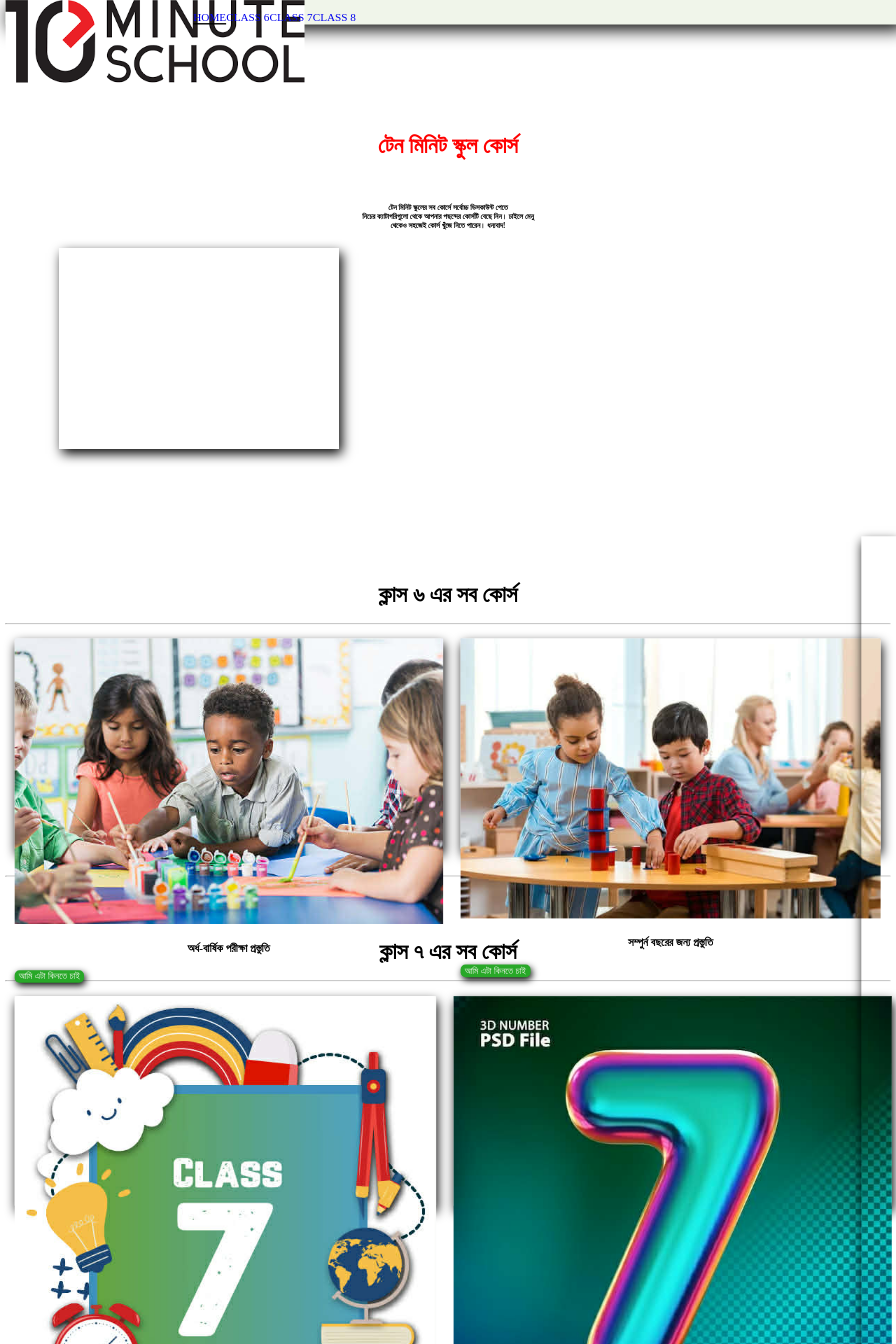
Repository: ridhukhan/10MinuteCourse
Page: /
The author's editor kept a copy of each file at every save. The page is drawn from the files as they stood at one save, then again after the next save.
The browser window is 1280 px wide. The pictures show the part of the page from y = 0 to 1920 px (the page is 2830 px tall), at 70% of full size.
The project was rebuilt for these pictures with package versions that can differ from the ones it lists, and the page was loaded fresh each time. Also part of the build but not shown: vite.config.js, src/pages/Class6.jsx, src/pages/Class7.jsx, src/pages/Class8.jsx.

Above is the page before, as saved 2025-12-15 09:40:00.

### index.html
<!doctype html>
<html lang="en">
  <head>
    <meta charset="UTF-8" />
    <link rel="icon" type="image/svg+xml" href="/vite.svg" />
    <meta name="viewport" content="width=device-width, initial-scale=1.0" />
    <title>10minuteschool</title>
  </head>
  <body>
    <div id="root"></div>
    <script type="module" src="/src/main.jsx"></script>
  </body>
</html>

### src/index.css
@media screen and (max-width: 500px){
  *{
    width: 100%;
    padding: 0;
    margin: 0;
  }
}

### src/App.jsx
import { BrowserRouter ,Routes, Route } from "react-router-dom"
import Navber from "./Nav/Navber"
import Home from "./pages/Home"
import Class6 from "./pages/Class6"
import Class7 from "./pages/Class7"
import Class8 from "./pages/Class8"
import Call from "./Nav/Call"



function App() {

  return (
<div>

<BrowserRouter>
<Navber/>
<Call/>
<Routes>

<Route path="/" element={<Home/>}/>
<Route path="/Class6" element={<Class6/>}/>
<Route path="/Class7" element={<Class7/>}/>
<Route path="/Class8" element={<Class8/>}/>








</Routes>





</BrowserRouter>






</div>
  )
}

export default App

### src/Nav/Navber.jsx
import React from 'react'
import "./Navbar.css"
import { Link, NavLink } from 'react-router-dom'
import mainLogo from "../assets/mainlogo.png"
const Navber = () => {
  return (
    <div className='navBar'>

<div className='navlogo'>
<img src={mainLogo} alt="logo"/>
</div>
<ul>
    <li><NavLink to="/" className="nav-menu">HOME</NavLink></li>

    <li><NavLink to="/Class6" className="nav-menu">CLASS 6</NavLink></li>
    <li><NavLink to="/Class7" className="nav-menu">CLASS 7</NavLink></li>
    <li><NavLink to="/Class8" className="nav-menu">CLASS 8</NavLink></li>

</ul>
</div>
  )
}

export default Navber

### src/pages/Home.jsx
import React from 'react'
import Class6c from '../Component/Class6c'
import Class7c from "../Component/Class7c"
import Class8c from '../Component/Class8c'
import "./Home.css"
const Home = () => {
  return (
    <div>

 <h1 style={{justifyContent:"center", textAlign:"center" ,marginTop:"15%", color:"red"}}>টেন মিনিট স্কুল কোর্স</h1>

 <h6 style={{justifyContent:"center", textAlign:"center" ,marginTop:"5%",color:"black"}}>টেন মিনিট স্কুলের সব কোর্সে সর্বোচ্চ ডিসকাউন্ট পেতে<br /> নিচের ক্যাটাগরিগুলো থেকে আপনার পছন্দের কোর্সটি বেছে নিন। চাইলে মেনু<br /> থেকেও সহজেই কোর্স খুঁজে নিতে পারেন। ধন্যবাদ!</h6>
       <div  className='hero1'>

       </div>
 <h1 style={{justifyContent:"center", textAlign:"center" ,marginTop:"15%"}}>ক্লাস ৬ এর সব কোর্স</h1>
    <hr />
    <Class6c/>
    <hr style={{marginTop:"5%"}}/>
        <h1 style={{justifyContent:"center", textAlign:"center" ,marginTop:"7%"}}>ক্লাস ৭ এর সব কোর্স</h1>
<hr />

<Class7c/>
<hr style={{marginTop:"18%"}}/>
        <h1 style={{justifyContent:"center", textAlign:"center" ,marginTop:"7%"}}>ক্লাস ৮ এর সব কোর্স </h1>
<hr />
<Class8c/>
    </div>
  )
}

export default Home

### src/Nav/Call.jsx
import React from 'react'
import whatsapp from "../assets/WhatsApp.svg.webp"
import phone from "../assets/phone.jpg"
import './Call.css'
const Call = () => {
  return (
    <div className='callmain'>
<div className='callwh' onClick={()=>window.open("https://wa.me/8801836974525","_blank")}>
    <img src={whatsapp} alt="whatsapp" />
</div>
<div className='callph' onClick={()=>window.location.href="tel:+8801836974525"}>
    <img src={phone} alt="call" />
</div>

    </div>
  )
}

export default Call

### src/Nav/Navbar.css
.navBar{
width: 100%;
display: flex;
z-index: 1000;
position: fixed;
top: 0;
background-color: rgb(240, 245, 234);
height: 35px;
box-shadow: 4px 7px 25px;
}
.navBar .navlogo{
    width: 100px;
    height: 100px;
}
.navBar ul{
    display: flex;
    margin-left: 10%;
}
.navBar ul li{
    list-style: none;

}
.nav-menu.active{
border-bottom: 2px solid black;
}
li a{
text-decoration: none;
}

### src/Component/Class6c.jsx
import React from 'react'
import "./Class6c.css"
import class61 from '../assets/class61.jpeg'
import class62 from '../assets/class62.jpeg'
const Class6c = () => {
  return (
    <div className='class6main'>
<div className='class61i'>
  <div>
    <img src={class61} alt="class61" />
   </div>
  <div className='class61t'>
    <h4>অর্ধ-বার্ষিক পরীক্ষা প্রস্তুতি</h4>
<button onClick={()=>window.open("https://10minuteschool.com/product/class-6-online-batch-2026/?aff=V2UNK0000f0bb&promo=ob26opp","_blank","noopener,noreferrer")}>আমি এটা কিনতে চাই</button>


  </div>
</div>

<div className='class62i'>
<div>
<img src={class62} alt="class62" />
</div>

<div className='class61t'>
<h4>সম্পুর্ন বছরের জন্য  প্রস্তুতি</h4>
<button onClick={()=>window.open("https://10minuteschool.com/product/class-6-online-batch-2026/?aff=V2UNK0000f0bb&promo=oppbpp26","_blank","noopener,noreferrer")}>আমি এটা কিনতে চাই</button>
</div>
</div>



    </div>
  )
}

export default Class6c

### src/Component/Class7c.jsx
import React from 'react'
import "./Class7c.css"
import class71 from '../assets/class71.jpeg'
import class72 from "../assets/class72.jpeg"
const Class7c = () => {
  return (
    <div className='class7main'>
<div className='class71i'>
  <div>
    <img src={class71} alt="class71" />
   </div>
  <div className='class71t'>
    <h4>অর্ধ-বার্ষিক পরীক্ষা প্রস্তুতি</h4>
<button onClick={()=>window.open("https://10minuteschool.com/product/class-7-online-batch-2026/?aff=V2UNK0000f0bb&promo=ob26opp","_blank","noopener,noreferrer")}>আমি এটা কিনতে চাই</button>

  </div>
</div>

<div className='class72i'>
<div>
<img src={class72} alt="class72" />
</div>

<div className='class71t'>
<h4>সম্পুর্ন বছরের জন্য  প্রস্তুতি</h4>
<button onClick={()=>window.open("https://10minuteschool.com/product/class-7-online-batch-2026/?aff=V2UNK0000f0bb&promo=oppbpp26","_blank","noopener,noreferrer")}>আমি এটা কিনতে চাই</button>
</div>
</div>



    </div>
  )
}

export default Class7c

### src/Component/Class8c.jsx
import React from 'react'
import "./Class8c.css"
import class81 from '../assets/class81.jpeg'
import class82 from "../assets/class82.jpeg"
const Class8c = () => {
  return (
    <div className='class8main'>
<div className='class81i'>
  <div>
    <img src={class81} alt="class81" />
   </div>
  <div className='class81t'>
    <h4>অর্ধ-বার্ষিক পরীক্ষা প্রস্তুতি</h4>
<button onClick={()=>window.open("https://10minuteschool.com/product/class-8-online-batch-2026/?aff=V2UNK0000f0bb&promo=ob26opp","_blank","noopener,noreferrer")}>আমি এটা কিনতে চাই</button>

  </div>
</div>

<div className='class82i'>
<div>
<img src={class82} alt="class82" />
</div>

<div className='class81t'>
<h4>সম্পুর্ন বছরের জন্য  প্রস্তুতি</h4>
<button onClick={()=>window.open("https://10minuteschool.com/product/class-8-online-batch-2026/?aff=V2UNK0000f0bb&promo=oppbpp26","_blank","noopener,noreferrer")}>আমি এটা কিনতে চাই</button>
</div>
</div>



    </div>
  )
}

export default Class8c

### src/pages/Home.css
.hero1{

width: 400px;
margin-left: 6%;
    height: 40vh;
    box-shadow: 4px 7px 16px black;
}

### src/Nav/Call.css
.callmain{
    z-index: 1000;
    box-shadow: 2px 7px 15px black;
    position: fixed;

    width: 50px;
    right: 0;
   margin-top: 45%;
}
.callmain .callwh img{
    border-radius: 25px;
}
.callmain .callph img{
    border-radius: 25px;
}

### src/Component/Class6c.css
.class6main{
    display: flex;
    height: 40vh;
    width: 100%;

}
.class6main .class61i{
    height: 42vh;
    margin: 1%;
   box-shadow: 2px 7px 15px black;
   border-radius: 4px;
}
.class6main .class62i{
      height: 42vh;
    margin: 1%;
   box-shadow: 2px 7px 15px black;
   border-radius: 4px;

}
.class61i h4{
    text-align: center;
}
.class62i h4{
    text-align: center;
}
.class61i button{
  background: rgb(40, 168, 40);
  color: rgb(248, 247, 244);
  border: none;
border-radius: 7px;
   box-shadow: 2px 4px 11px black;

}
.class62i button{
  background: rgb(40, 168, 40);
  color: rgb(248, 247, 244);
  border: none;
border-radius: 7px;
   box-shadow: 2px 4px 11px black;

}

### src/Component/Class7c.css
.class7main{
    display: flex;
    height: 40vh;
    width: 100%;

}
.class7main .class71i{
    height: 42vh;
    margin: 1%;
   box-shadow: 2px 7px 15px black;
   border-radius: 4px;
}
.class7main .class72i{
      height: 42vh;
    margin: 1%;
   box-shadow: 2px 7px 15px black;
   border-radius: 4px;

}
.class71i h4{
    text-align: center;
}
.class72i h4{
    text-align: center;
}
.class71i button{
  background: rgb(40, 168, 40);
  color: rgb(248, 247, 244);
  border: none;
border-radius: 7px;
   box-shadow: 2px 4px 11px black;

}
.class72i button{
  background: rgb(40, 168, 40);
  color: rgb(248, 247, 244);
  border: none;
border-radius: 7px;
   box-shadow: 2px 4px 11px black;

}

### src/Component/Class8c.css
.class8main{
    display: flex;
    height: 40vh;
    width: 100%;

}
.class8main .class81i{
    height: 42vh;
    margin: 1%;
   box-shadow: 2px 7px 15px black;
   border-radius: 4px;
}
.class8main .class82i{
      height: 42vh;
    margin: 1%;
   box-shadow: 2px 7px 15px black;
   border-radius: 4px;

}
.class81i h4{
    text-align: center;
}
.class82i h4{
    text-align: center;
}
.class81i button{
  background: rgb(40, 168, 40);
  color: rgb(248, 247, 244);
  border: none;
border-radius: 7px;
   box-shadow: 2px 4px 11px black;

}
.class82i button{
  background: rgb(40, 168, 40);
  color: rgb(248, 247, 244);
  border: none;
border-radius: 7px;
   box-shadow: 2px 4px 11px black;

}

Loaded but not shown: src/main.jsx (common file)

After the next save:
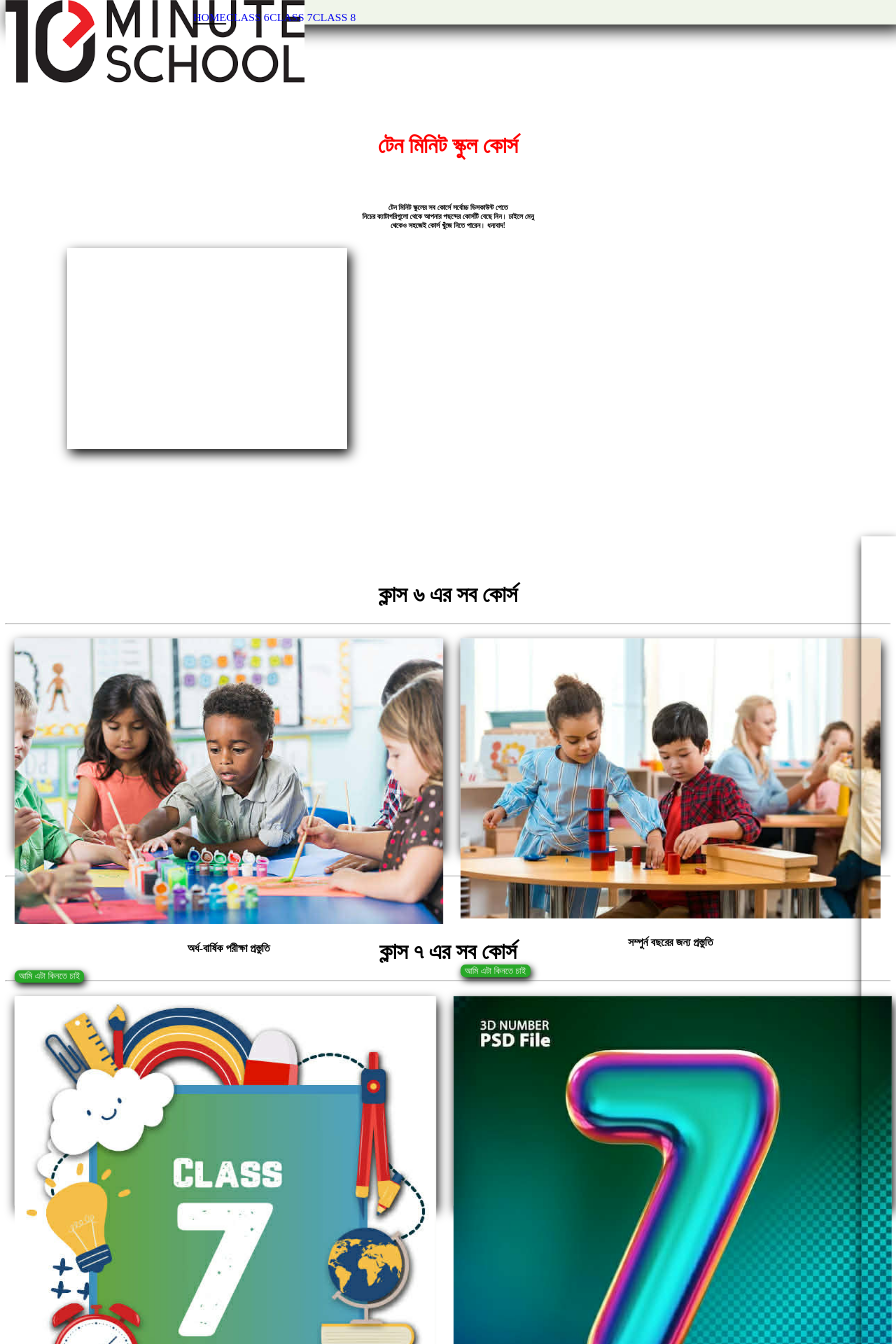
Saved 5 s later.
--- a/src/pages/Home.css
+++ b/src/pages/Home.css
@@ -1,7 +1,7 @@
 .hero1{
 
 width: 400px;
-margin-left: 6%;
+margin-left: 7%;
     height: 40vh;
     box-shadow: 4px 7px 16px black;
 }
